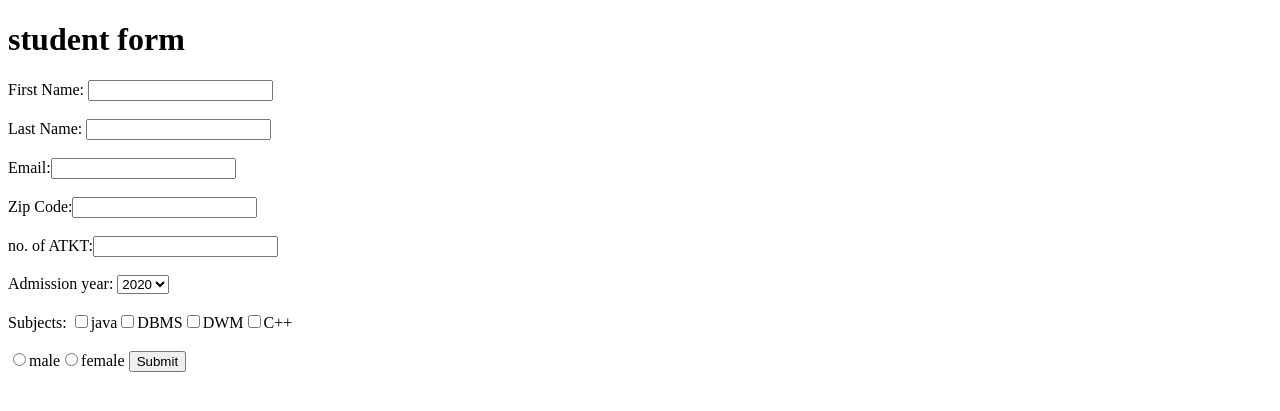
Repository: prathikpk/Springmvc
Page: http://localhost/springMvcDemo/student/showStudentForm
An editor plug-in stored every save of this project. The page is shown before and after a run of saves, followed by the edit.
The browser window is 1280 px wide. The pictures show the whole page.
The page is served by Tomcat 9. The template is opened directly, without the code that normally fills it, so the values that code supplies are empty.

Above is the page before, as saved 2022-10-03 10:10:38.

After the next 2 saves:
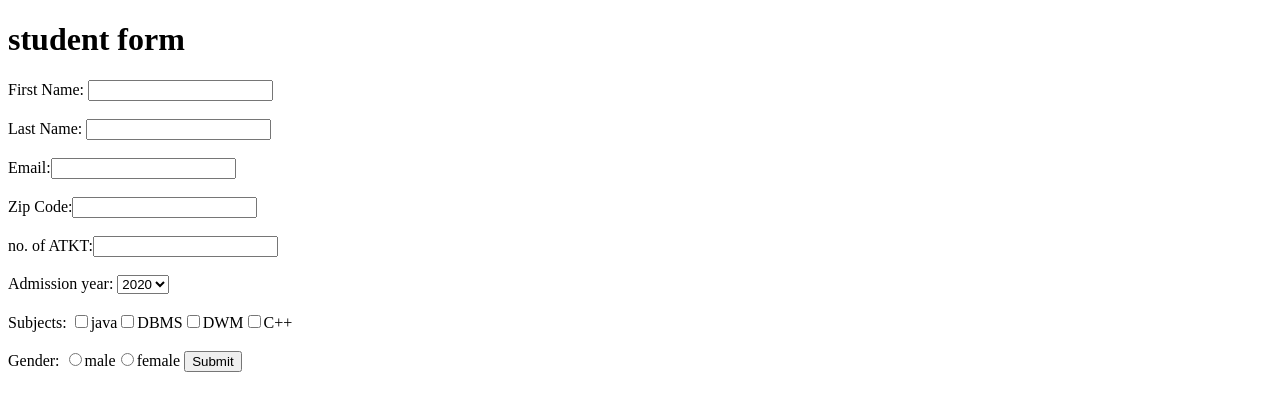
The 2 saves are shown as one change because they came seconds apart.
The last was saved 16 s later.
--- a/springMvcDemo/WebContent/WEB-INF/view/student-form.jsp
+++ b/springMvcDemo/WebContent/WEB-INF/view/student-form.jsp
@@ -42,7 +42,7 @@
 			path="selectedSubjects" />
 		<br>
 		<br>
-
+	    Gender:
 		<form:radiobuttons items="${theStudent.genders}" path="selectedGender" />
 		<input type="submit" value="Submit">
 
